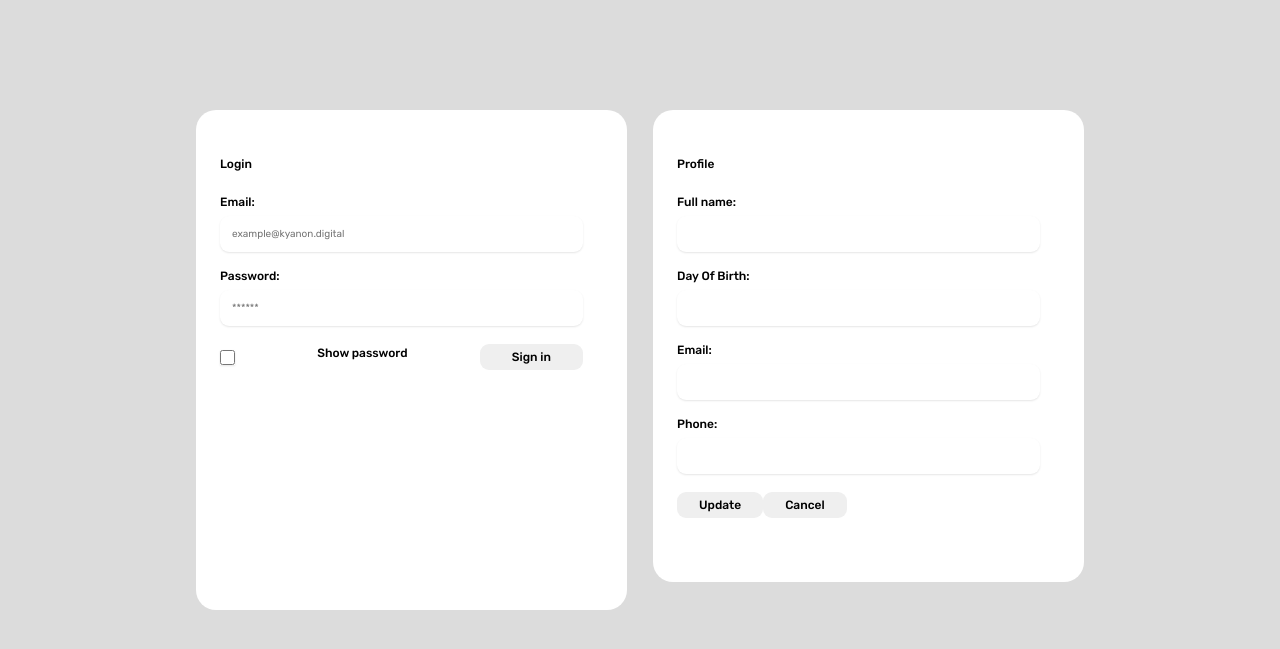
Repository: lethetiem/demon-test
Page: /
These files come from the project's save history. The page is drawn as it stood at one moment and after the next save; the edit follows.
The browser window is 1280 px wide. The pictures show the whole page.
The project was rebuilt for these pictures with package versions that can differ from the ones it lists, and the page was loaded fresh each time.

Above is the page before, as saved 2023-03-15 15:28:13.

After the next save:
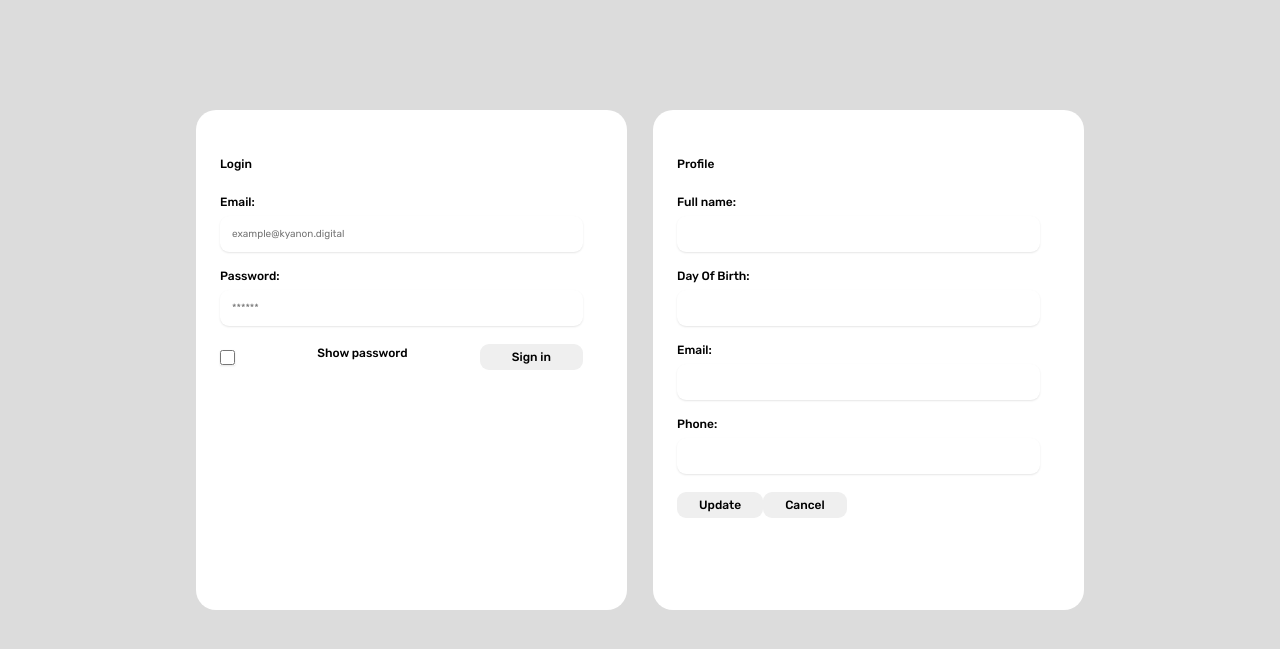
Saved 11 s later.
--- a/src/components/UpdateProfile/updateProfile.css
+++ b/src/components/UpdateProfile/updateProfile.css
@@ -1,3 +1,4 @@
-.cta-form--profile{
+.cta-form--profile {
   background-color: #fff;
+  height: 50rem;
 }
